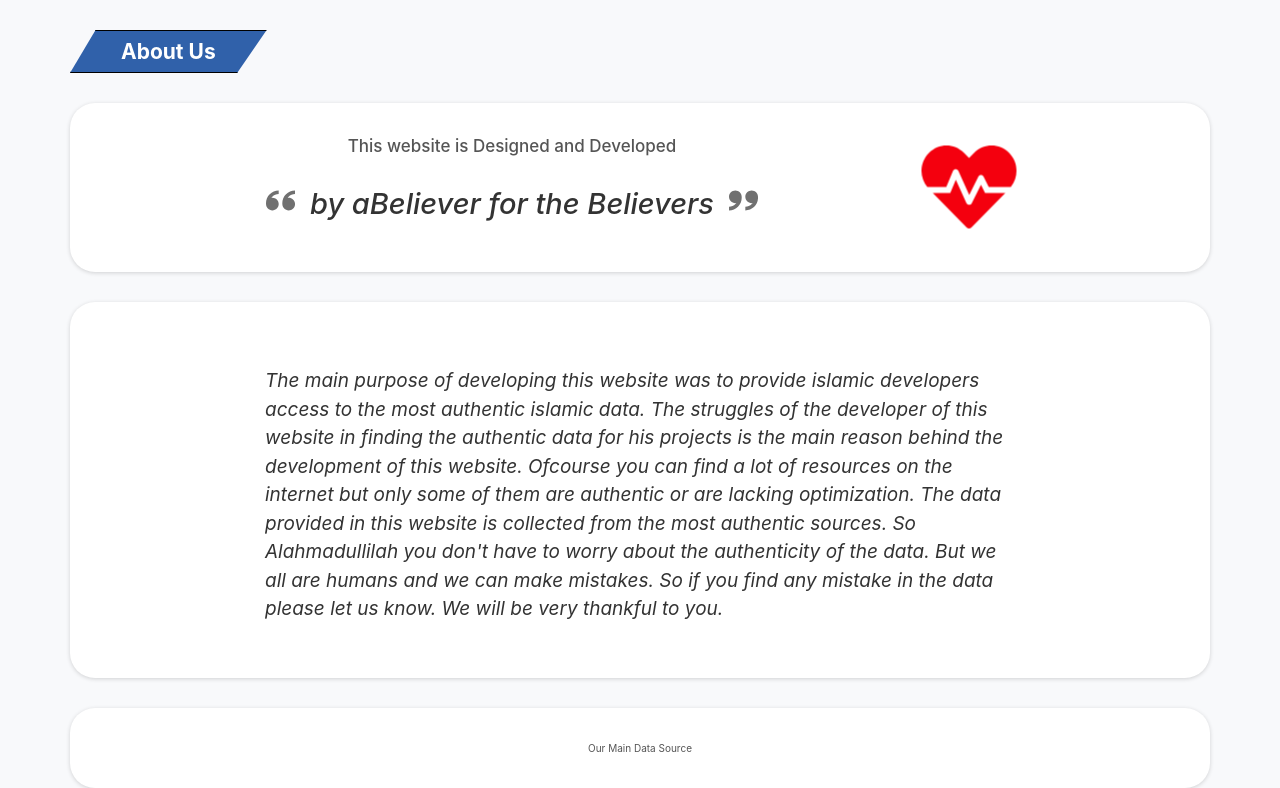
Repository: SpicierEwe/islamic-dev-repo
Page: /legal/about_us
An editor plug-in stored every save of this project. The page is shown before and after the next save, followed by the edit.
The browser window is 1280 px wide. The pictures show the whole page.
The project was rebuilt for these pictures with package versions that can differ from the ones it lists, and the page was loaded fresh each time. The framework's server and built-in components were replaced by stand-ins that run in the browser. Also part of the build but not shown: next.config.js.

Above is the page before, as saved 2022-09-16 17:45:07.

### pages/_app.js
import "../styles/globals.css";
import { DataContextProvider } from "../store/data_context";

function MyApp({ Component, pageProps }) {
  return (
    <DataContextProvider>
      <Component {...pageProps} />
    </DataContextProvider>
  );
}

export default MyApp;

### pages/legal/about_us.js
import AboutUs from "../../components/legal/about_us/about_us";

export default function Legal() {
  return (
    <div>
      <AboutUs></AboutUs>
    </div>
  );
}

### styles/globals.css
html,
body,
div,
span,
applet,
object,
iframe,
h1,
h2,
h3,
h4,
h5,
h6,
p,
blockquote,
pre,
a,
abbr,
acronym,
address,
big,
cite,
code,
del,
dfn,
em,
img,
ins,
kbd,
q,
s,
samp,
small,
strike,
strong,
sub,
sup,
tt,
var,
b,
u,
i,
center,
dl,
dt,
dd,
ol,
ul,
li,
fieldset,
form,
label,
legend,
table,
caption,
tbody,
tfoot,
thead,
tr,
th,
td,
article,
aside,
canvas,
details,
embed,
figure,
figcaption,
footer,
header,
hgroup,
menu,
nav,
output,
ruby,
section,
summary,
time,
mark,
audio,
video {
  margin: 0;
  padding: 0;
  border: 0;
  vertical-align: baseline;
}
/* HTML5 display-role reset for older browsers */
article,
aside,
details,
figcaption,
figure,
footer,
header,
hgroup,
menu,
nav,
section {
  display: block;
}
body {
  line-height: 1;
}
ol,
ul {
  list-style: none;
}
blockquote,
q {
  quotes: none;
}
blockquote:before,
blockquote:after,
q:before,
q:after {
  content: "";
  content: none;
}
table {
  border-collapse: collapse;
  border-spacing: 0;
}

/*

 ////////////////////////////////////////////////////////////////////////////from here are the styles
 //////////////////////////////////////////////////////////////////////////

*/

:root {
  --complementary-blue: #0077b6;
  --heading_black: #080808;
}

html {
  font-size: 62.5%;
}

html,
body {
  padding: 0;
  margin: 0;
  /* font-family: "Roboto", "Open Sans", sans-serif, -apple-system,
    BlinkMacSystemFont, Segoe UI, Roboto, Oxygen, Ubuntu, Cantarell, Fira Sans,
    Droid Sans, Helvetica Neue, sans-serif; */

  font-family: -apple-system, BlinkMacSystemFont, Segoe UI, Roboto, Oxygen,
    Ubuntu, Cantarell, Fira Sans, Droid Sans, Helvetica Neue, sans-serif;
  font-weight: 400;
  line-height: 1;
  color: #555;
  box-sizing: border-box;

  background-color: #f8f9fb;

  /* will make the website unselectable/copyable */
  /* -webkit-touch-callout: none;
  -webkit-user-select: none;
  -khtml-user-select: none;
  -moz-user-select: none;
  -ms-user-select: none;
  user-select: none; */
}

a {
  color: inherit;
  text-decoration: none;
}

* {
  box-sizing: border-box;
}

### store/data_context.js
import { createContext, useState } from "react";

const DataContext = createContext({
  db: [],
  downlodable_data: [],
  globaliseDataFunction: (data) => {},
  globaliseDownloadableData: (data) => {},
});

export function DataContextProvider(props) {
  const [db, setDb] = useState([]);
  const [downlodableData, setdownlodableData] = useState([]);

  // globalize db
  function globaliseData(data) {
    /// will update the data
    setDb(data);
  }

  // globalize db
  function globaliseDownloadableData(data) {
    /// will update the data
    setdownlodableData(data);
  }

  const context = {
    db: db,
    downlodable_data: downlodableData,
    globaliseDataFunction: globaliseData,
    globaliseDownloadableData: globaliseDownloadableData,
  };

  return (
    <DataContext.Provider value={context}>
      {props.children}
    </DataContext.Provider>
  );
}

export default DataContext;

### components/legal/about_us/about_us.js
import styles from "./about_us.module.css";
import Image from "next/image";
import { ImQuotesLeft, ImQuotesRight } from "react-icons/im";
import { FaHeartbeat } from "react-icons/fa";

export default function AboutUs(props) {
  return (
    <div className={styles.bg}>
      <h1 className={styles.page_title}>About Us</h1>
      <div className={styles.container_development}>
        <div>
          <p className={styles.intro}>This website is Designed and Developed</p>
          <blockquote>
            <h3 className={styles.quote}>
              <ImQuotesLeft color="#707070" style={{ marginRight: "1.5rem" }} />
              by aBeliever for the Believers
              <ImQuotesRight color="#707070" style={{ marginLeft: "1.5rem" }} />
            </h3>
          </blockquote>
        </div>
        <div className={styles.heart_icon}>
          <FaHeartbeat size="9rem" color="f4000e" />
        </div>
      </div>
      <div className={styles.container_development}>
        <p className={styles.summary}>
          The main purpose of developing this website was to provide islamic
          developers access to the most authentic islamic data. The struggles of
          the developer of this website in finding the authentic data for his
          projects is the main reason behind the development of this website.
          Ofcourse you can find a lot of resources on the internet but only some
          of them are authentic or are lacking optimization. The data provided
          in this website is collected from the most authentic sources. So
          Alahmadullilah you don&apos;t have to worry about the authenticity of
          the data. But we all are humans and we can make mistakes. So if you
          find any mistake in the data please let us know. We will be very
          thankful to you.
        </p>
      </div>

      <div className={styles.container_development}>
        <p className={styles.source_title}>Our Main Data Source</p>
      </div>
    </div>
  );
}

### components/legal/about_us/about_us.module.css
.bg {
  /* background-color: red; */
  max-width: 120rem;
  padding: 0 3rem;
  margin: 0 auto;
}

.page_title {
  margin-top: 3rem;
  display: inline-block;
  clip-path: polygon(13% 0, 100% 0%, 85% 100%, 0% 100%);
  background-color: #3061aa;
  color: white;
  border: 1px solid black;
  padding: 1rem 5rem;
  font-size: 2.1rem;
}

.container_development {
  justify-content: center;
  align-items: center;
  display: flex;
  border-radius: 2.5rem;
  margin-top: 3rem;
  background-color: white;
  padding: 3.5rem 3rem;
  box-shadow: rgba(0, 0, 0, 0.16) 0px 1px 4px;
  justify-content: space-evenly;
}

.intro {
  text-align: center;
  font-weight: 500;
  color: #555;
  font-size: 1.7rem;
}

.quote {
  margin-top: 3rem;
  color: #333;
  font-weight: 500;
  font-size: 2.9rem;
  font-style: italic;
  padding-bottom: 1.9rem;
  text-align: center;
}

/* heart icon */
.heart_icon {
  animation: heartBeat 1.5s infinite;
}

/* heart icon animation */
@keyframes heartBeat {
  0% {
    transform: scale(1);
  }
  20% {
    transform: scale(1.1);
  }
  40% {
    transform: scale(1);
  }
  60% {
    transform: scale(1.1);
  }
  80% {
    transform: scale(1);
  }
  100% {
    transform: scale(1);
  }
}

.summary {
  margin-top: 3rem;
  max-width: 75rem;

  line-height: 1.5;
  color: #333;
  font-size: 1.9rem;
  font-style: italic;
  padding-bottom: 1.9rem;
}

/* media query */
@media (max-width: 768px) {
  .container_development {
    flex-direction: column;
    row-gap: 1.5rem;
  }
}

After the next save:
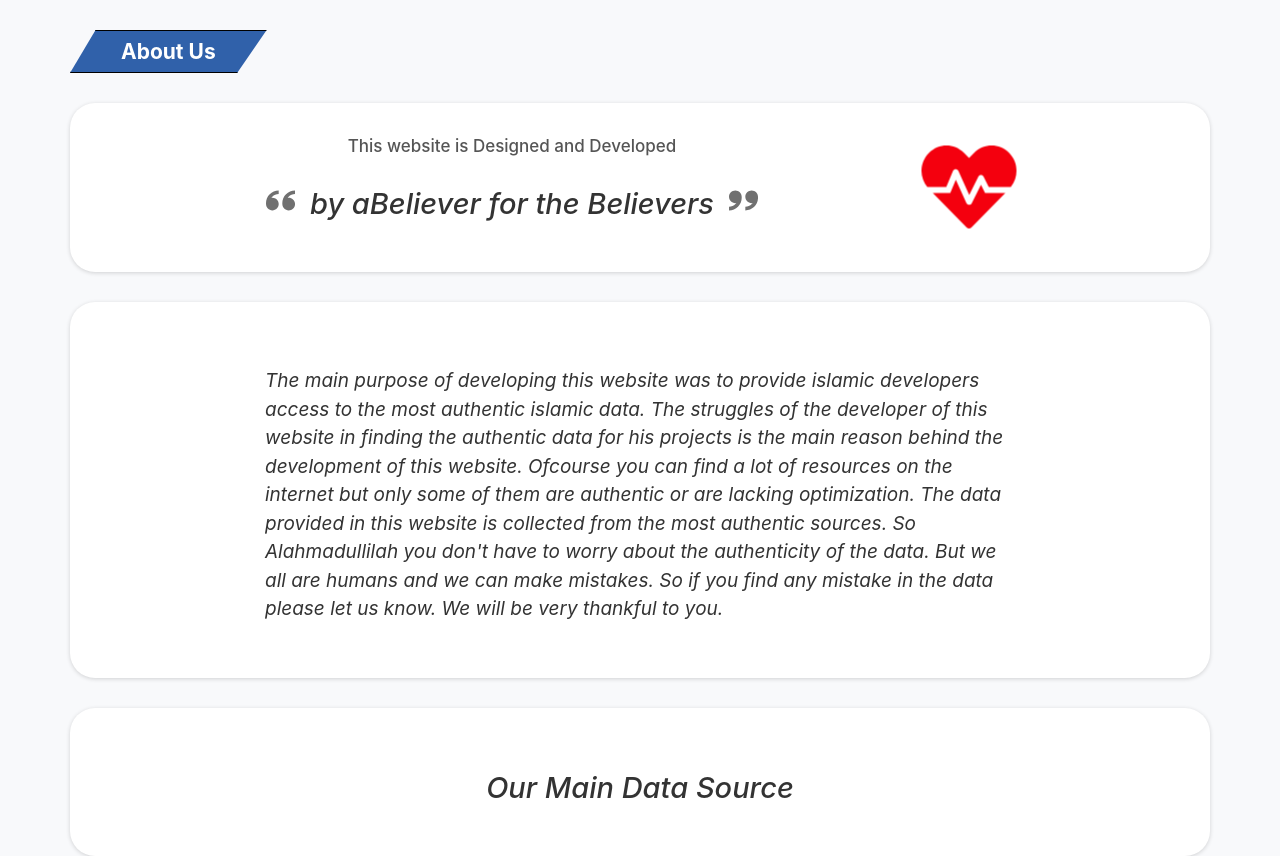
Saved 13 s later.
--- a/components/legal/about_us/about_us.module.css
+++ b/components/legal/about_us/about_us.module.css
@@ -83,6 +83,16 @@
   padding-bottom: 1.9rem;
 }
 
+.source_title {
+  margin-top: 3rem;
+  color: #333;
+  font-weight: 500;
+  font-size: 2.9rem;
+  font-style: italic;
+  padding-bottom: 1.9rem;
+  text-align: center;
+}
+
 /* media query */
 @media (max-width: 768px) {
   .container_development {
